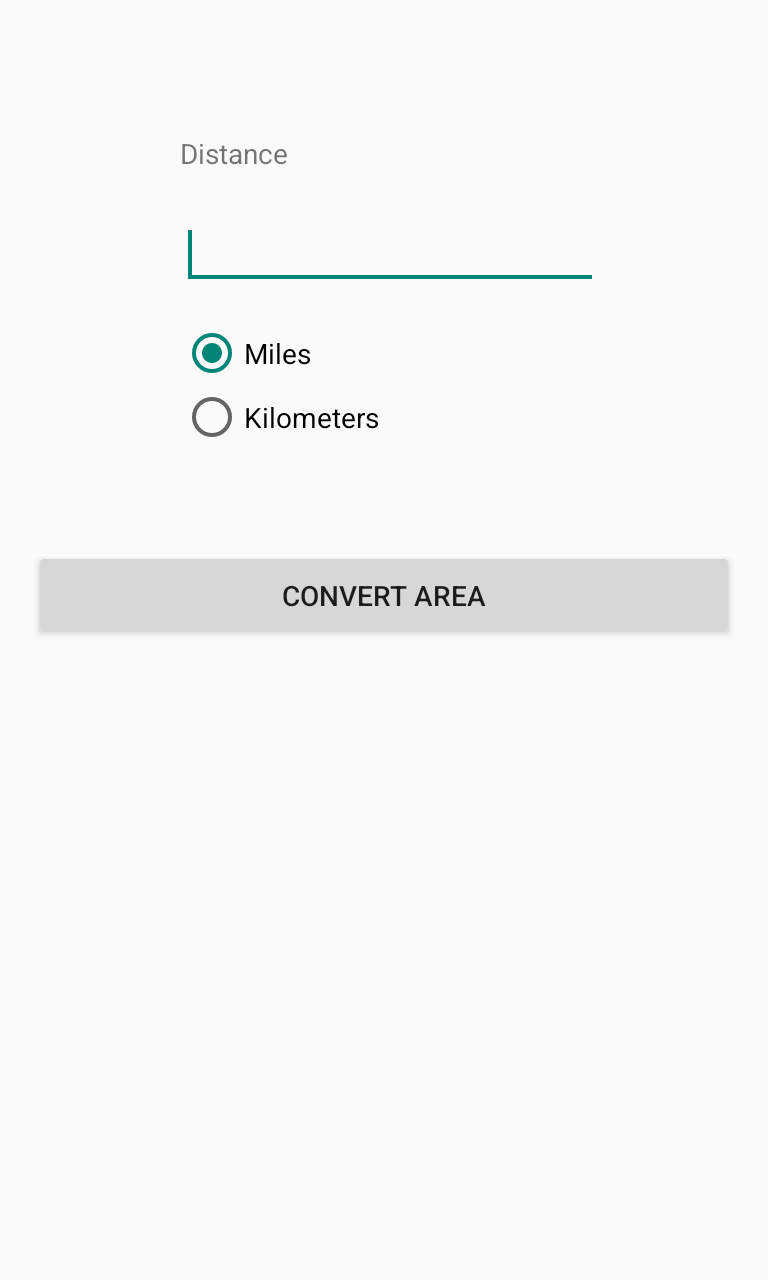
Repository: awayzo/6300Fall14Assignment4
Layout: UnitConvertor/res/layout/activity_main.xml
The author's editor kept a copy of each file at every save. The layout is drawn from the files as they stood at one save, then again after the next save.
It is drawn on a 768 x 1280 px phone screen (xhdpi) without system bars, with theme AppTheme; the app's code is not run.

Above is the layout before, as saved 2014-09-25 22:38:39.

### UnitConvertor/res/layout/activity_main.xml
<RelativeLayout xmlns:android="http://schemas.android.com/apk/res/android"
    xmlns:tools="http://schemas.android.com/tools"
    android:layout_width="match_parent"
    android:layout_height="match_parent"
    android:paddingBottom="@dimen/activity_vertical_margin"
    android:paddingLeft="@dimen/activity_horizontal_margin"
    android:paddingRight="@dimen/activity_horizontal_margin"
    android:paddingTop="@dimen/activity_vertical_margin"
    tools:context="edu.gatech.seclass.unitconvertor.MainActivity" >

    <EditText
        android:id="@+id/txt1"
        android:layout_width="wrap_content"
        android:layout_height="wrap_content"
        android:layout_alignLeft="@+id/lblTitle"
        android:layout_below="@+id/lblTitle"
        android:layout_marginTop="19dp"
        android:ems="10"
        android:inputType="numberDecimal" >

        <requestFocus />
    </EditText>

    <RadioGroup
        android:id="@+id/radioGroup1"
        android:layout_width="wrap_content"
        android:layout_height="wrap_content"
        android:layout_alignLeft="@+id/txt1"
        android:layout_below="@+id/txt1"
        android:layout_marginTop="14dp" >

        <RadioButton
            android:id="@+id/radio0"
            android:layout_width="wrap_content"
            android:layout_height="wrap_content"
            android:checked="true"
            android:onClick="handleClick"
            android:text="@string/miles" />

        <RadioButton
            android:id="@+id/radio1"
            android:layout_width="wrap_content"
            android:layout_height="wrap_content"
            android:onClick="handleClick"
            android:text="@string/km" />

    </RadioGroup>

    <TextView
        android:id="@+id/lblTitle"
        android:layout_width="wrap_content"
        android:layout_height="wrap_content"
        android:layout_alignParentLeft="true"
        android:layout_alignParentTop="true"
        android:layout_marginLeft="74dp"
        android:layout_marginTop="51dp"
        android:text="@string/lblDistance" />

    <Button
        android:id="@+id/btnArea"
        android:layout_width="match_parent"
        android:layout_height="wrap_content"
        android:layout_alignParentLeft="true"
        android:layout_below="@+id/radioGroup1"
        android:layout_marginTop="49dp"
        android:text="Convert Area"
        android:onClick="goToActivity"/>

</RelativeLayout>

### UnitConvertor/res/values/strings.xml
<?xml version="1.0" encoding="utf-8"?>
<resources>

    <string name="app_name">Unit Convertor</string>
    <string name="action_settings">Settings</string>
    <string name="miles">Miles</string>
    <string name="km">Kilometers</string>
    <string name="lblDistance">Distance</string>
    <string name="title_activity_distance">DistanceActivity</string>
    <string name="hello_world">Hello world!</string>
    <string name="title_activity_currency">CurrencyActivity</string>
    <string name="title_activity_area">AreaActivity</string>
    <string name="title_btn_Calc">Calculate</string>

</resources>

Loaded but not shown: UnitConvertor/res/values/styles.xml (common file); UnitConvertor/res/values-v11/styles.xml (common file); UnitConvertor/res/values-v14/styles.xml (common file); UnitConvertor/res/values/dimens.xml (common file); UnitConvertor/res/values-w820dp/dimens.xml (common file)

After the next save:
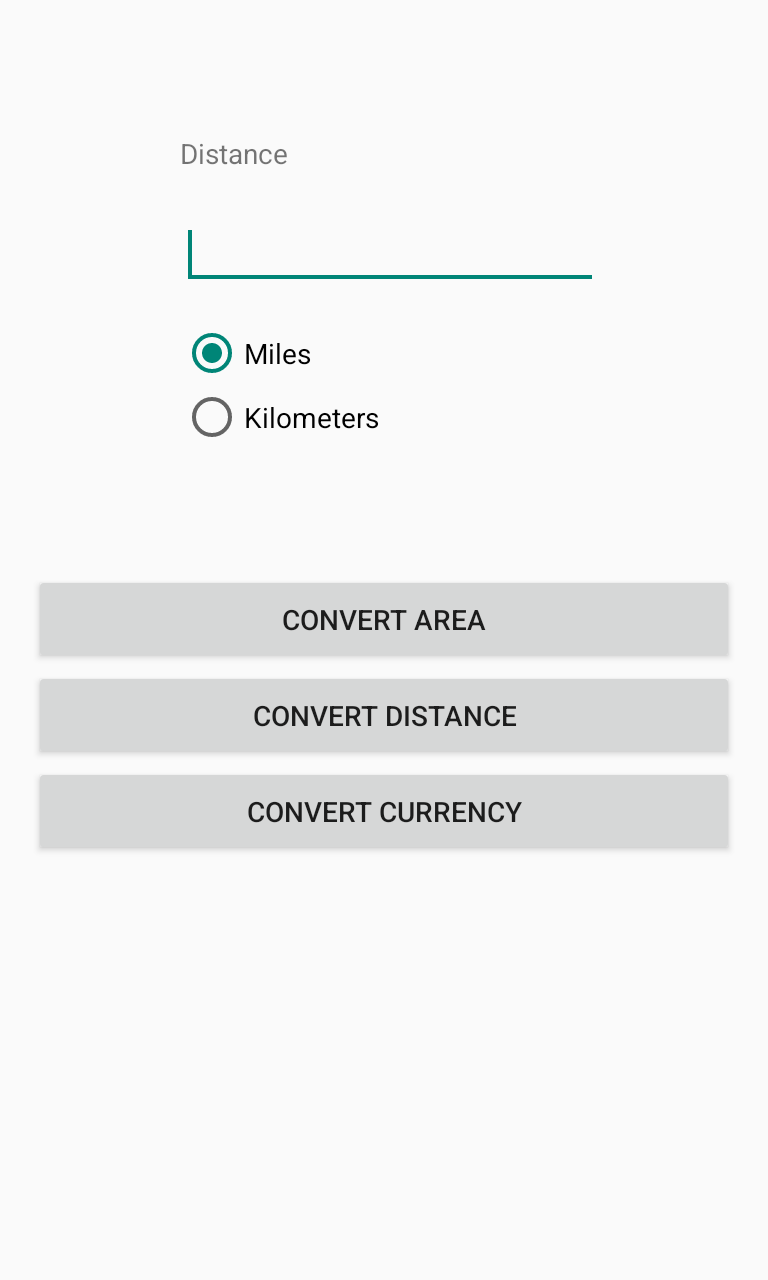
Saved 9 min 25 s later.
--- a/UnitConvertor/res/layout/activity_main.xml
+++ b/UnitConvertor/res/layout/activity_main.xml
@@ -2,6 +2,7 @@
     xmlns:tools="http://schemas.android.com/tools"
     android:layout_width="match_parent"
     android:layout_height="match_parent"
+    android:gravity="fill_horizontal"
     android:paddingBottom="@dimen/activity_vertical_margin"
     android:paddingLeft="@dimen/activity_horizontal_margin"
     android:paddingRight="@dimen/activity_horizontal_margin"
@@ -43,7 +44,6 @@
             android:layout_height="wrap_content"
             android:onClick="handleClick"
             android:text="@string/km" />
-
     </RadioGroup>
 
     <TextView
@@ -57,13 +57,29 @@
         android:text="@string/lblDistance" />
 
     <Button
+        android:id="@+id/btnCurrency"
+        android:layout_width="match_parent"
+        android:layout_height="wrap_content"
+        android:layout_below="@+id/btnDistance"
+        android:layout_centerHorizontal="true"
+        android:text="Convert Currency" />
+
+    <Button
         android:id="@+id/btnArea"
         android:layout_width="match_parent"
         android:layout_height="wrap_content"
-        android:layout_alignParentLeft="true"
+        android:layout_alignLeft="@+id/btnDistance"
         android:layout_below="@+id/radioGroup1"
-        android:layout_marginTop="49dp"
-        android:text="Convert Area"
-        android:onClick="goToActivity"/>
+        android:layout_marginTop="61dp"
+        android:onClick="goToActivity"
+        android:text="Convert Area" />
+
+    <Button
+        android:id="@+id/btnDistance"
+        android:layout_width="match_parent"
+        android:layout_height="wrap_content"
+        android:layout_alignLeft="@+id/btnCurrency"
+        android:layout_below="@+id/btnArea"
+        android:text="Convert Distance" />
 
 </RelativeLayout>
